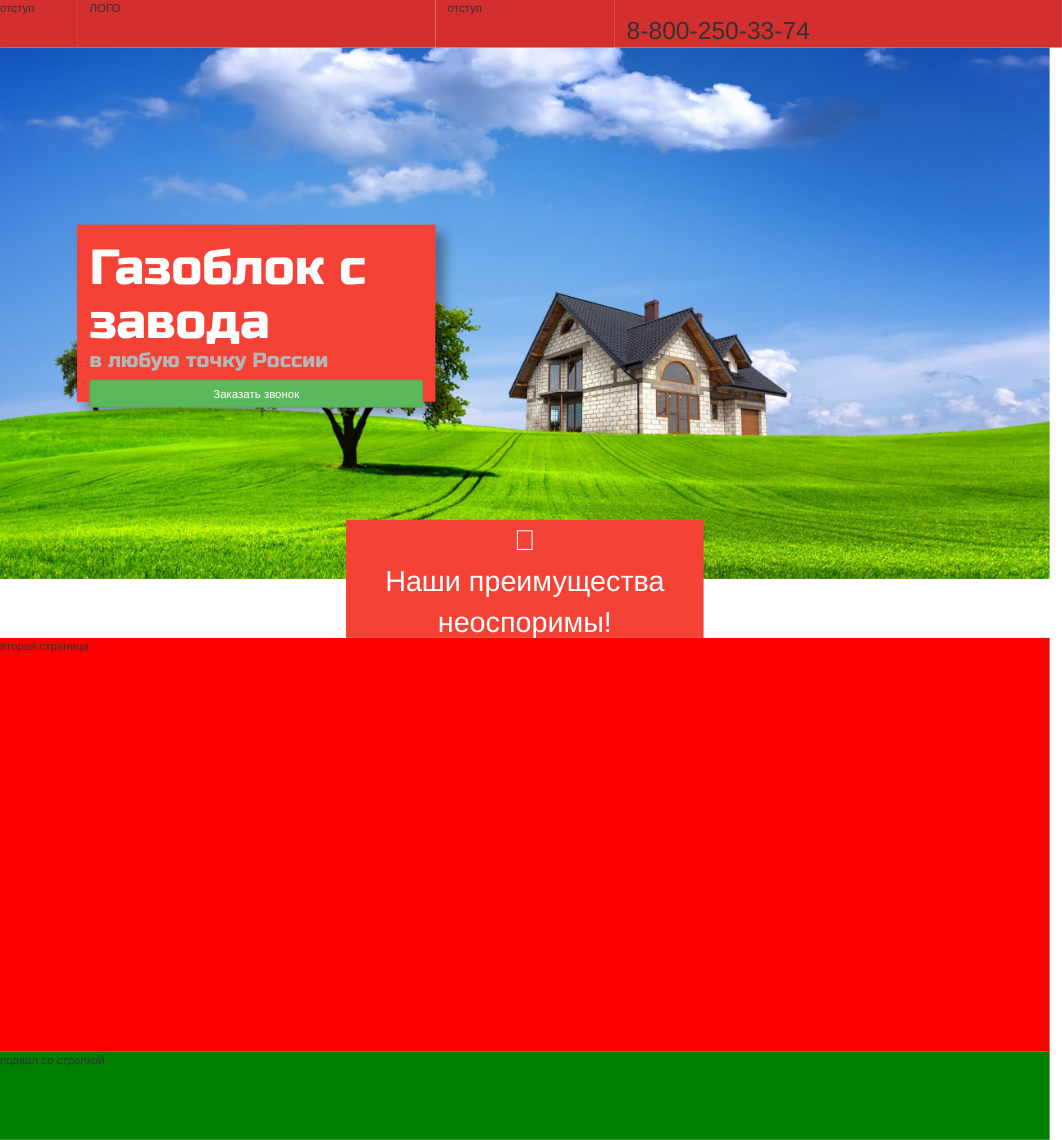
Repository: greenwtch/block
Page: index.html
The author's editor kept a record of every edit. The page is drawn from the files as they stood at one moment, then again after the next edit.
The browser window is 1280 px wide. The page is 1295 px wide, so the pictures cover 1295 px, including what lies to the right of the window. The pictures show the whole page, at 82% of full size.
Some web libraries are served in a nearby version.

Above is the page before.

After the next edit:
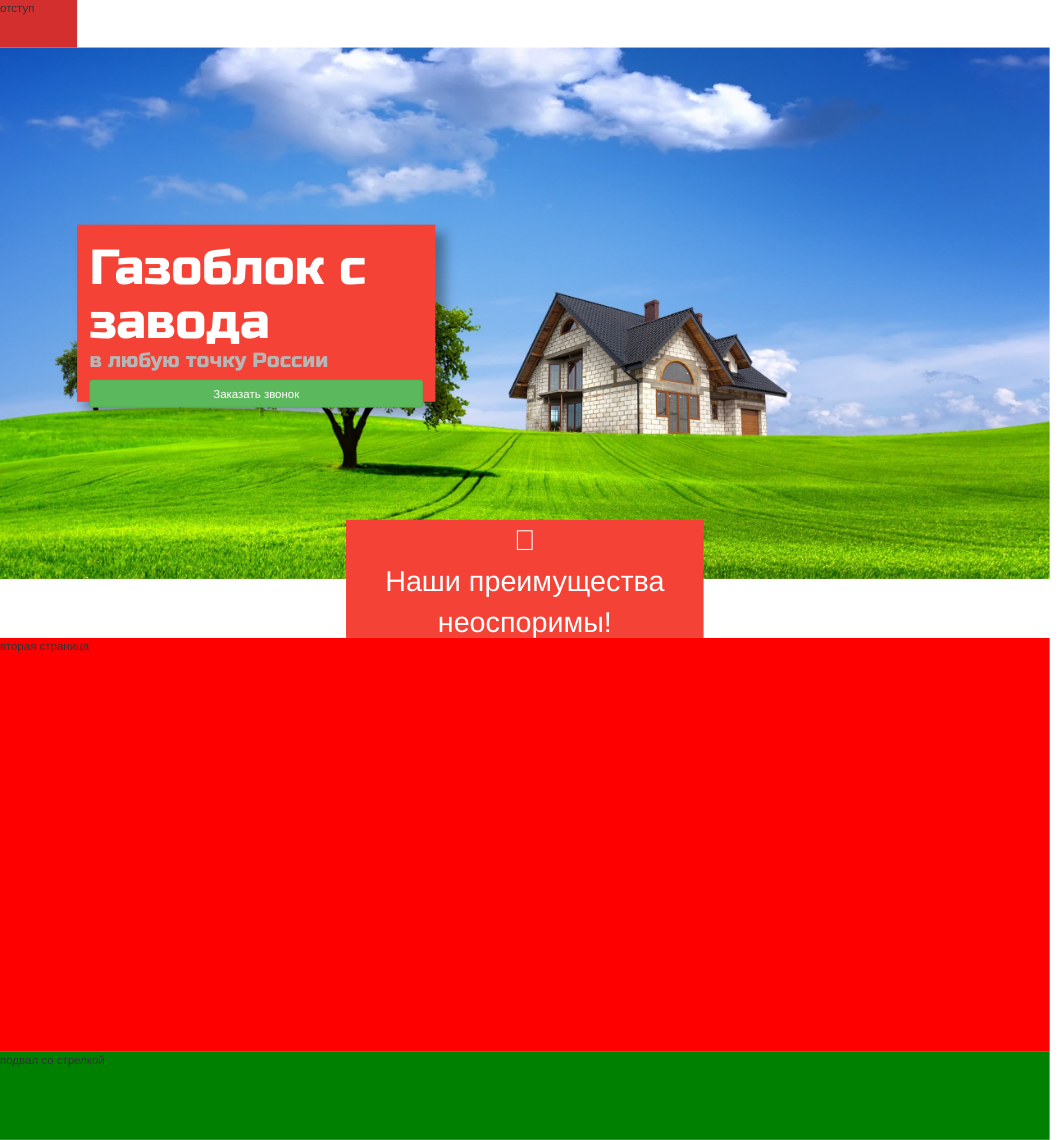
The edit:
--- a/index.html
+++ b/index.html
@@ -27,15 +27,7 @@
             <div class="col-lg-1 header">
                    отступ
             </div>
-             <div class="col-lg-4 header">
-                   ЛОГО
-            </div>
-            <div class="col-lg-2 header">
-                   отступ
-            </div>
-            <div class="col-lg-5  header">
-                <h2>8-800-250-33-74</h2>
-            </div>
+
         </div>
 
     </div>

After the edit that followed:
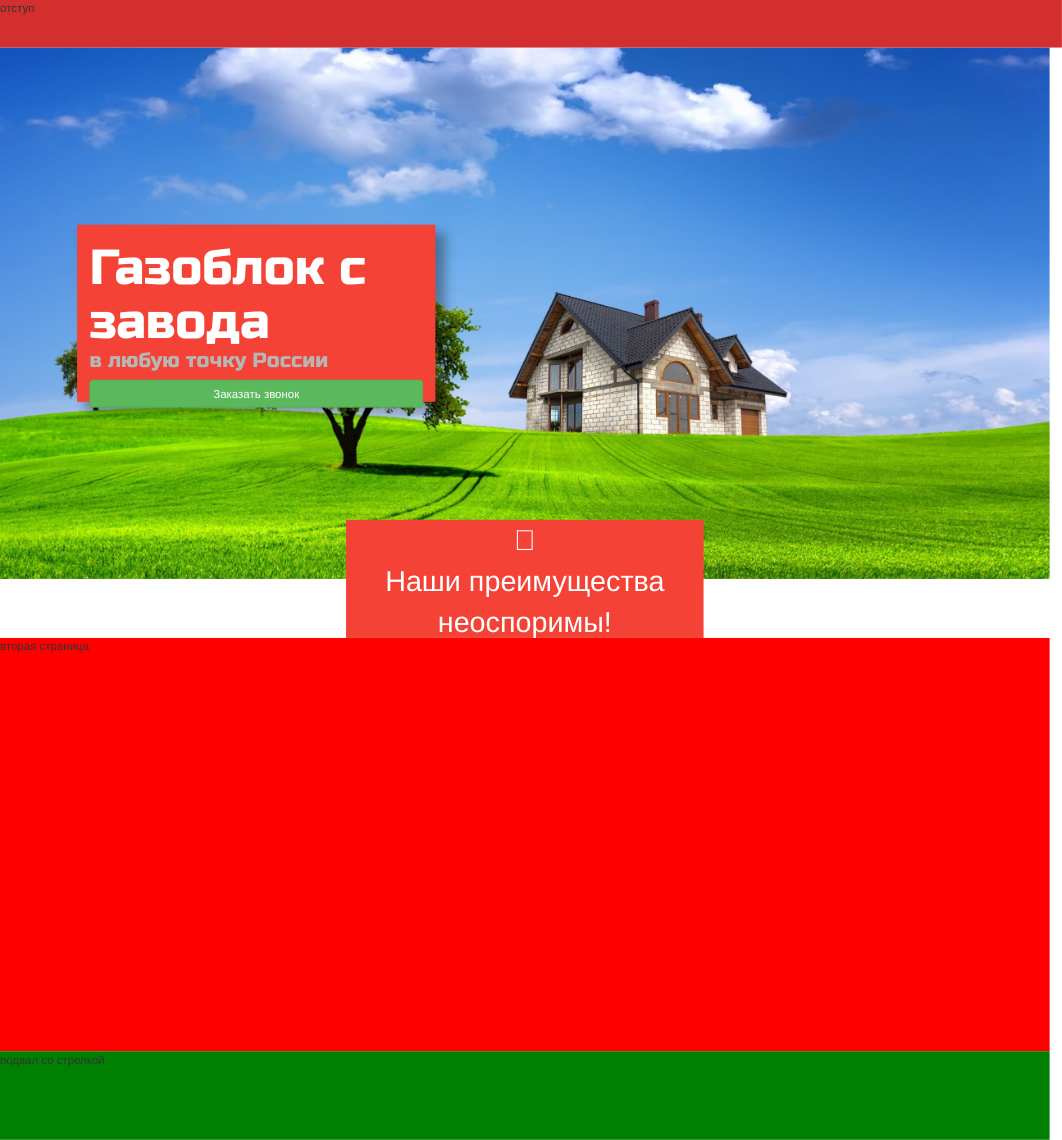
The edit:
--- a/index.html
+++ b/index.html
@@ -24,7 +24,7 @@
 
     <div class="container-fluiid">
         <div class="row " >
-            <div class="col-lg-1 header">
+            <div class="col-lg-12 header">
                    отступ
             </div>
 
